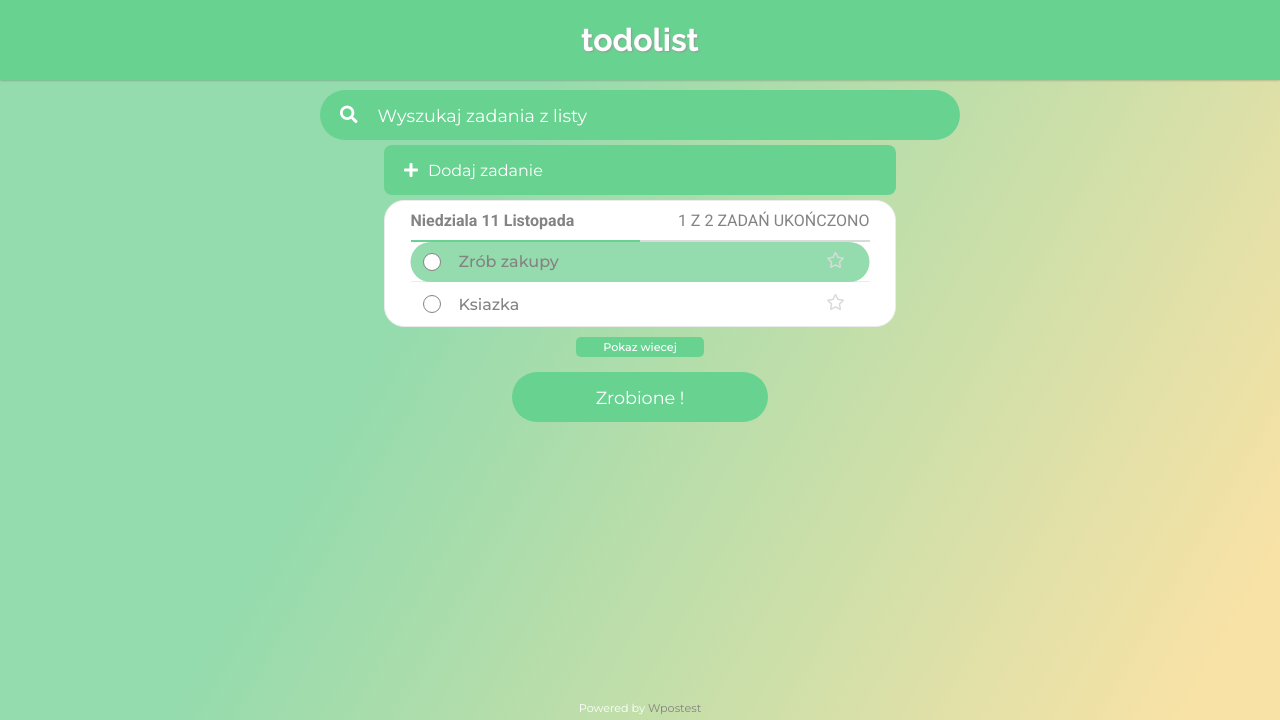
Repository: Wpostest/todolist
Page: src/index.html
These files come from the project's save history. The page is drawn as it stood at one moment and after the next save; the edit follows.
The browser window is 1280 px wide. The pictures show the whole page.
Some web libraries are served in a nearby version. The style sheet was rebuilt from its Sass, Less or Tailwind sources for each picture, by a compiler version that may differ from the author's.

Above is the page before, as saved 2020-01-29 16:10:11.

After the next save:
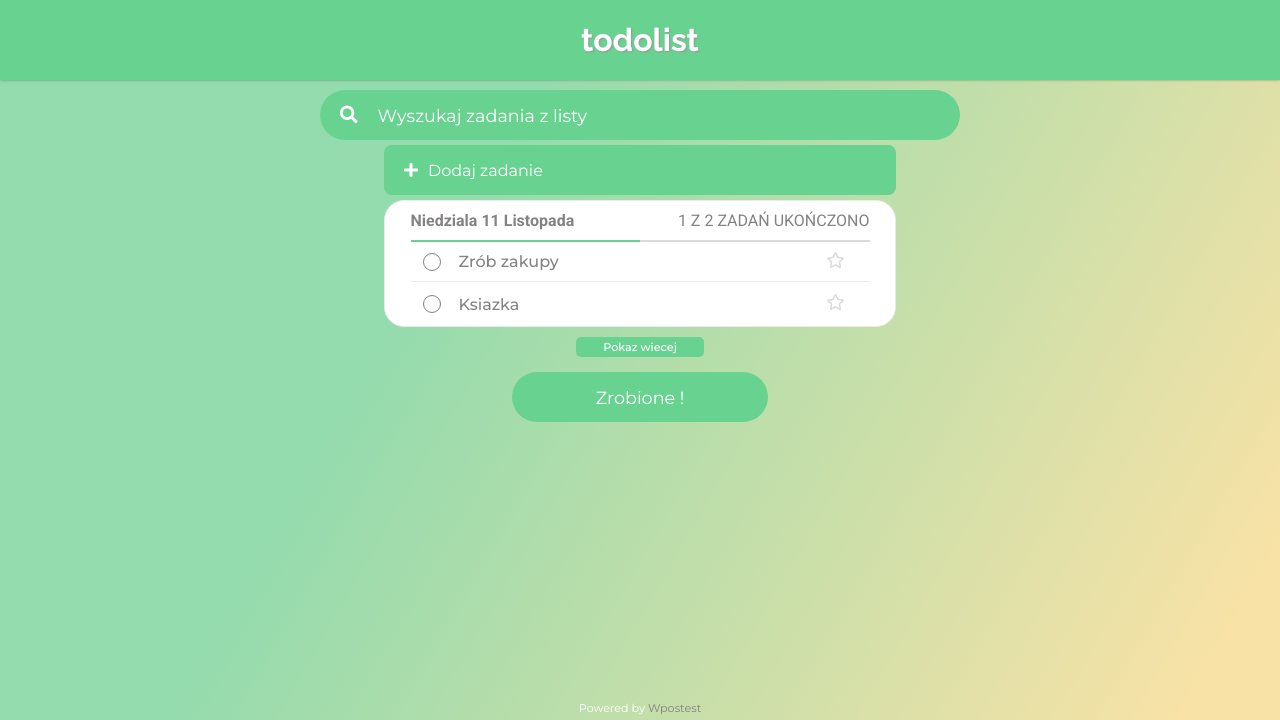
Saved 33 s later.
--- a/src/sass/components/checkboxes/checkbox_done.scss
+++ b/src/sass/components/checkboxes/checkbox_done.scss
@@ -56,7 +56,7 @@
     position: absolute;
     top: 0px;
     left: 50%;
-    transform: translateX(-50%);
+    transform: scaleX(0) translateX(-50%);
     height: inherit;
     width: 100%;
     background: $background_secoundary;

After the save that followed:
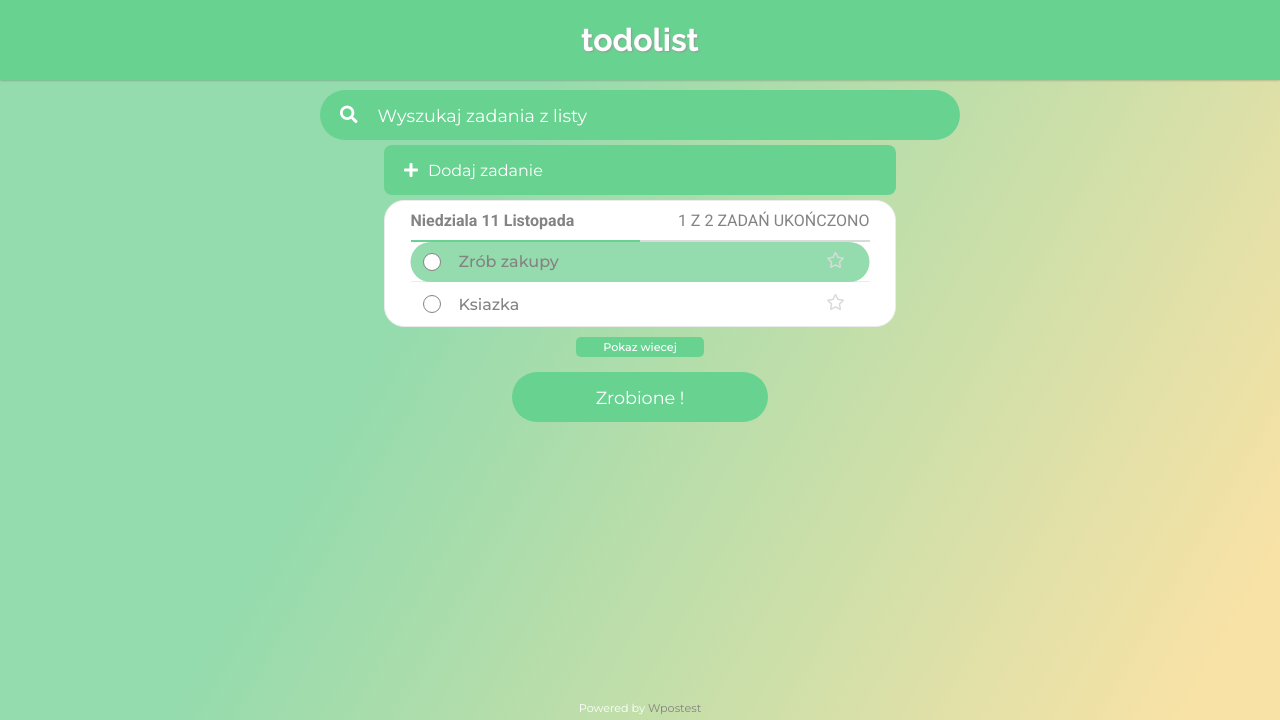
Saved 12 s later.
--- a/src/sass/components/checkboxes/checkbox_done.scss
+++ b/src/sass/components/checkboxes/checkbox_done.scss
@@ -56,7 +56,7 @@
     position: absolute;
     top: 0px;
     left: 50%;
-    transform: scaleX(0) translateX(-50%);
+    transform: scaleX(1) translateX(-50%);
     height: inherit;
     width: 100%;
     background: $background_secoundary;
